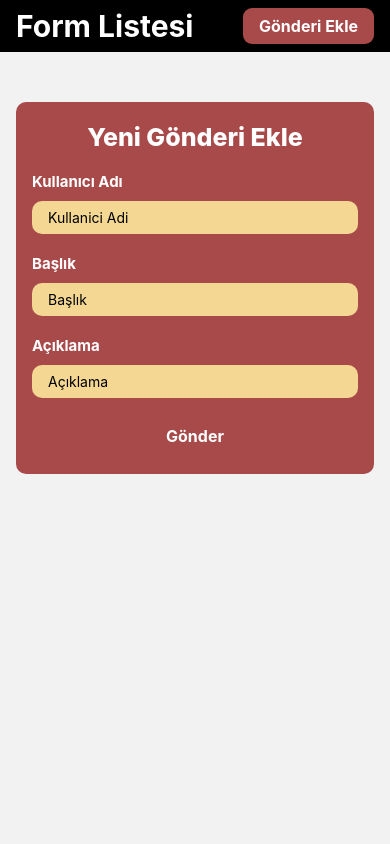
Repository: Kubraaygun/FirebaseRN
Screen: /
The author's editor kept a copy of each file at every save. The screen is drawn from the files as they stood at one save, then again after the next save.
The app was drawn by React Native's web renderer in a window 390 px wide. The project was rebuilt for these pictures with package versions that can differ from the ones it lists, and the page was loaded fresh each time. Also part of the build but not shown: src/screens/ListPost/ListPostView.jsx, src/screens/ListPost/ListPostController.jsx.

Above is the screen before, as saved 2025-01-20 20:54:35.

### App.js
import {SafeAreaView, StyleSheet, Text, View} from 'react-native';
import React, {useState} from 'react';
import {createNativeStackNavigator} from '@react-navigation/native-stack';
import {NavigationContainer} from '@react-navigation/native';
import ListPostController from './src/screens/ListPost/ListPostController';
import AddPostController from './src/screens/AddPost/AddPostController';
import AppBar from './src/screens/component/AppBar';

const App = () => {
  const [activePage, setActivePage] = useState('Gönderiler');
  const Stack = createNativeStackNavigator();
  return (
    <SafeAreaView style={{flex: 1}}>
      <NavigationContainer>
        <AppBar activePage={activePage} setActivePage={setActivePage} />
        <Stack.Navigator
          screenOptions={{headerShown: false}}
          initialRouteName="AddPost">
          <Stack.Screen name="ListPost" component={ListPostController} />
          <Stack.Screen name="AddPost" component={AddPostController} />
        </Stack.Navigator>
      </NavigationContainer>
    </SafeAreaView>
  );
};

export default App;

const styles = StyleSheet.create({});

### src/screens/AddPost/AddPostController.jsx
import {StyleSheet, Text, View} from 'react-native';
import React from 'react';
import AddPostView from './AddPostView';

const AddPostController = () => {
  return <AddPostView />;
};

export default AddPostController;

const styles = StyleSheet.create({});

### src/screens/component/AppBar.jsx
import {StyleSheet, Text, View} from 'react-native';
import React from 'react';
import CustomButton from './CustomButton';
import {useNavigation} from '@react-navigation/native';

const AppBar = ({activePage, setActivePage}) => {
  const navigation = useNavigation();
  return (
    <View style={styles.container}>
      <Text style={styles.title}>Form Listesi</Text>
      {activePage === 'Gönderiler' ? (
        <CustomButton
          buttonTitle={'Gönderi Ekle'}
          onPress={() => {
            setActivePage('Gönderi Ekle');
            navigation.navigate('AddPost');
          }}
        />
      ) : (
        <CustomButton
          buttonTitle={'Gönderi Listesi'}
          onPress={() => {
            setActivePage('Gönderiler');
            navigation.navigate('ListPost');
          }}
        />
      )}
    </View>
  );
};

export default AppBar;

const styles = StyleSheet.create({
  container: {
    backgroundColor: '#000000',
    flexDirection: 'row',
    justifyContent: 'space-between',
    paddingHorizontal: 16,
    paddingVertical: 8,
    alignItems: 'center',
  },
  title: {
    color: 'white',
    fontSize: 30,
    fontWeight: '700',
  },
});

### src/screens/AddPost/AddPostView.jsx
import {StyleSheet, Text, TextInput, View} from 'react-native';
import React from 'react';
import CustomButton from '../component/CustomButton';

const AddPostView = () => {
  return (
    <View style={styles.form}>
      <Text style={styles.formTitle}>Yeni Gönderi Ekle</Text>
      <View style={styles.inputGroup}>
        <Text style={styles.label}>Kullanıcı Adı</Text>
        <TextInput
          style={styles.input}
          placeholder="Kullanici Adi"
          placeholderTextColor={'black'}
        />
      </View>

      <View style={styles.inputGroup}>
        <Text style={styles.label}>Başlık</Text>
        <TextInput
          style={styles.input}
          placeholder="Başlık"
          placeholderTextColor={'black'}
        />
      </View>

      <View style={styles.inputGroup}>
        <Text style={styles.label}>Açıklama</Text>
        <TextInput
          style={styles.input}
          placeholder="Açıklama"
          placeholderTextColor={'black'}
        />
      </View>

      <CustomButton buttonTitle={'Gönder'} />
    </View>
  );
};

export default AddPostView;

const styles = StyleSheet.create({
  form: {
    backgroundColor: '#A94A4A',
    marginVertical: 50,
    marginHorizontal: 16,
    paddingHorizontal: 16,
    paddingVertical: 20,
    borderRadius: 10,
    gap: 20,
  },
  inputGroup: {
    gap: 10,
  },
  formTitle: {
    color: '#FFFFFF',
    textAlign: 'center',
    fontSize: 25,
    fontWeight: '800',
  },
  label: {
    color: '#FFFFFF',
    fontSize: 15,
    fontWeight: '700',
  },
  input: {
    backgroundColor: '#F4D793',
    paddingHorizontal: 16,
    paddingVertical: 8,
    borderRadius: 10,
  },
});

### src/screens/component/CustomButton.jsx
import {StyleSheet, Text, TouchableOpacity, View} from 'react-native';
import React from 'react';

const CustomButton = ({buttonTitle, onPress}) => {
  return (
    <TouchableOpacity onPress={onPress} style={styles.buttonContainer}>
      <Text style={styles.buttonTitle}>{buttonTitle}</Text>
    </TouchableOpacity>
  );
};

export default CustomButton;

const styles = StyleSheet.create({
  buttonContainer: {
    backgroundColor: '#A94A4A',
    paddingHorizontal: 16,
    paddingVertical: 8,
    borderRadius: 9,
    alignItems: 'center',
    justifyContent: 'center',
  },
  buttonTitle: {
    color: '#ffffff',
    fontSize: 16,
    fontWeight: '700',
  },
});

After the next save:
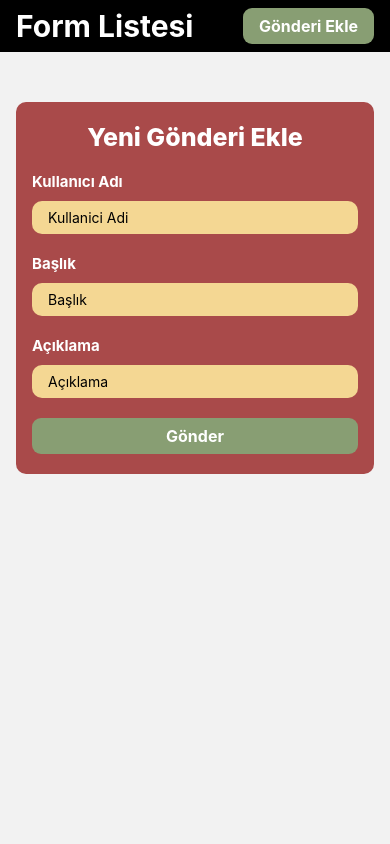
Saved 13 s later.
--- a/src/screens/component/CustomButton.jsx
+++ b/src/screens/component/CustomButton.jsx
@@ -13,7 +13,7 @@ export default CustomButton;
 
 const styles = StyleSheet.create({
   buttonContainer: {
-    backgroundColor: '#A94A4A',
+    backgroundColor: '#889E73',
     paddingHorizontal: 16,
     paddingVertical: 8,
     borderRadius: 9,
